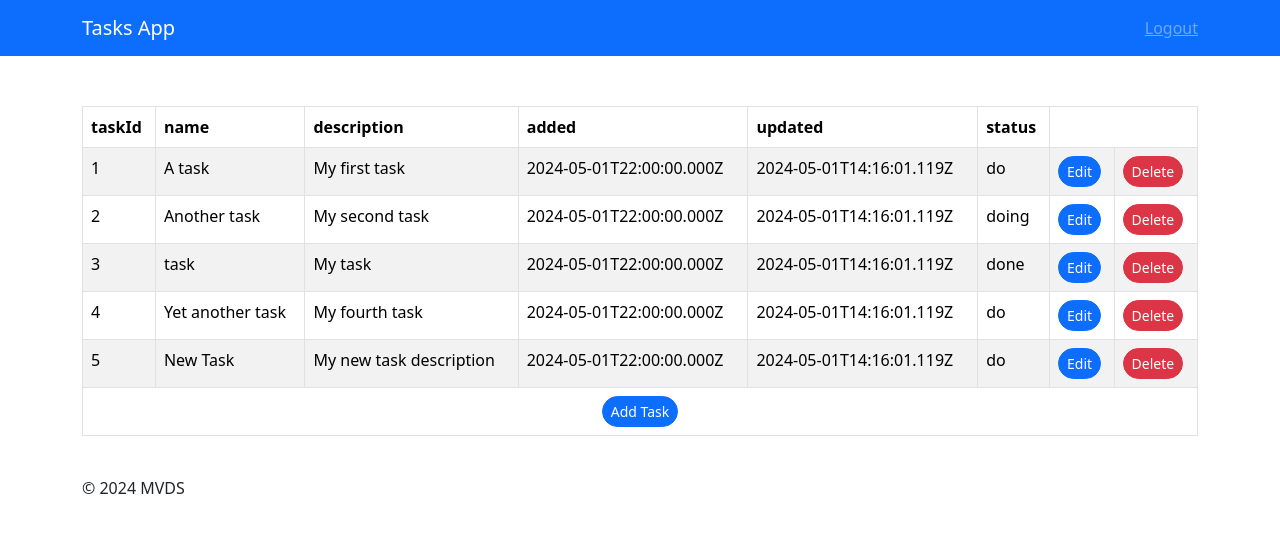
Repository: trider/react-task-manager
Page: /#/tasks
An editor plug-in stored every save of this project. The page is shown before and after the next save, followed by the edit.
The browser window is 1280 px wide. The pictures show the whole page.
The project was rebuilt for these pictures with package versions that can differ from the ones it lists, and the page was loaded fresh each time. Also part of the build but not shown: src/App.css, src/data/_Users.js, src/pages/Login.js.

Above is the page before, as saved 2024-05-07 17:52:40.

After the next save:
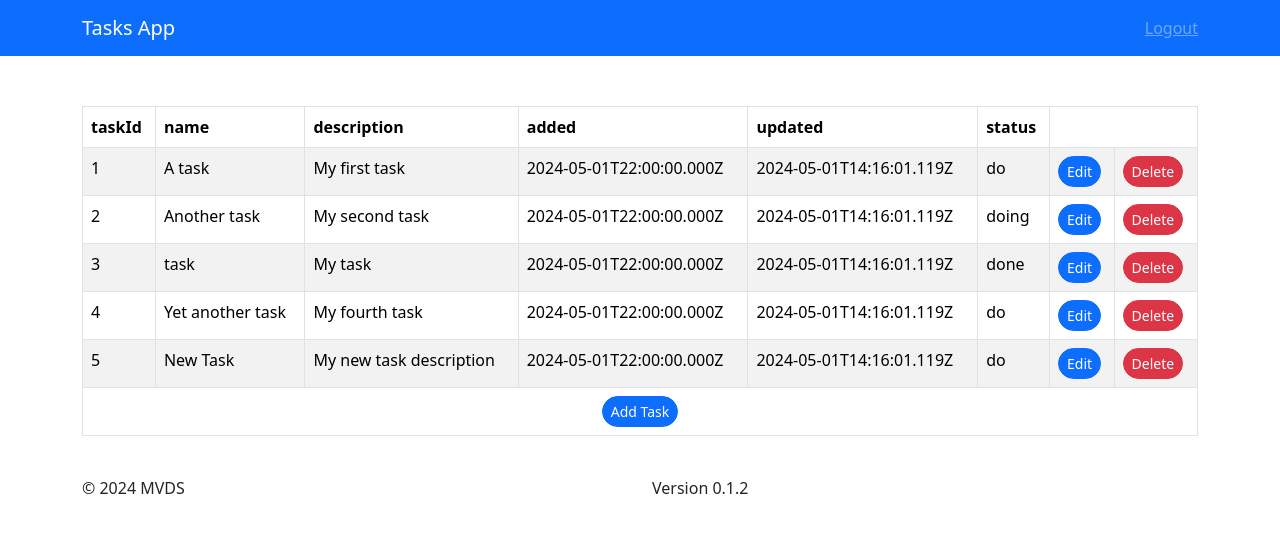
Saved 35 s later.
--- a/src/components/Footer.js
+++ b/src/components/Footer.js
@@ -10,6 +10,7 @@ const Footer = () => {
       <Container >
       <Row>
         <Col>&copy; 2024 MVDS</Col>
+        <Col>Version 0.1.2</Col>
       </Row>
       </Container>
     </footer>
